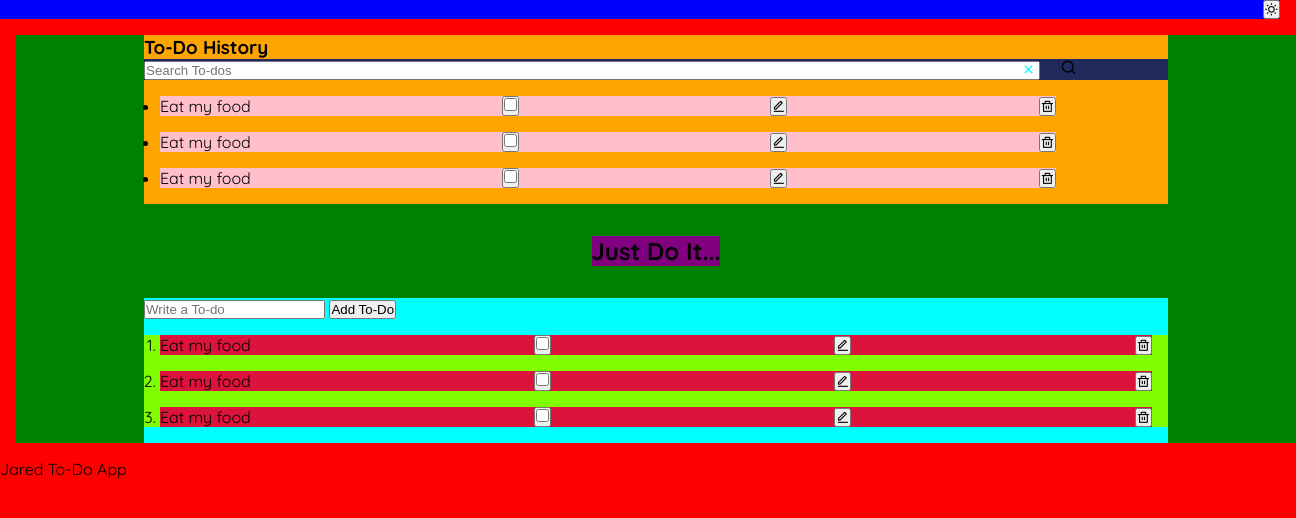
Repository: EguJaredoBoyd/Jared-ToDo-App
Page: main.html
The author's editor kept a copy of each file at every save. The page is drawn from the files as they stood at one save, then again after the next save.
The browser window is 1280 px wide. The page is 1296 px wide, then 1280 px, so the pictures cover 1296 px, including what lies to the right of the window. The pictures show the whole page.
Some web libraries are served in a nearby version.

Above is the page before, as saved 2025-12-23 21:09:07.
Not found: js/to-do.j

After the next save:
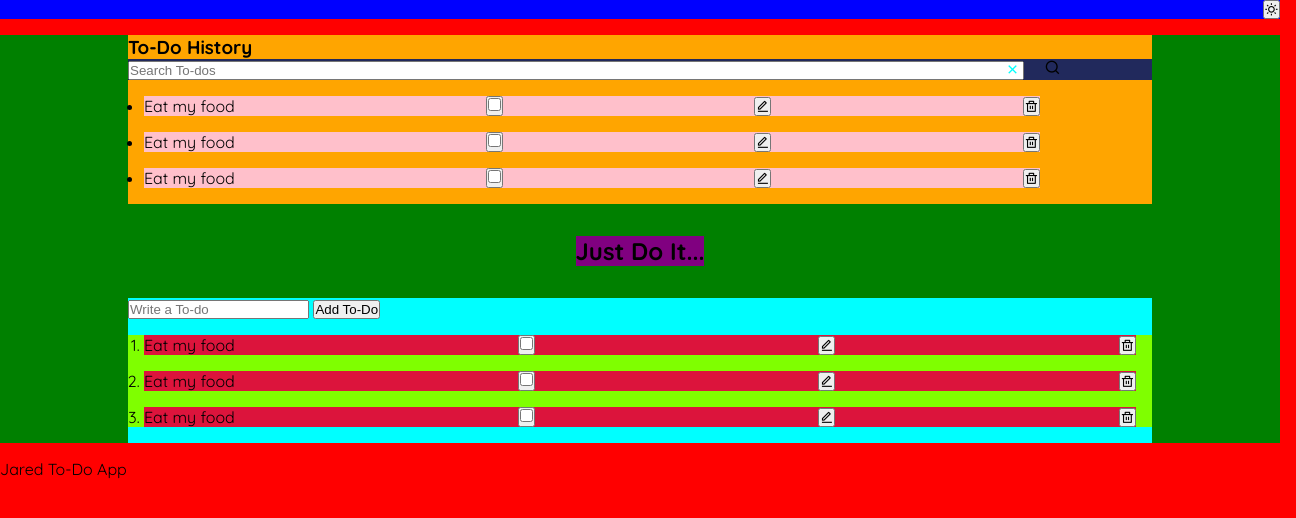
Saved 18 s later.
--- a/css/main.css
+++ b/css/main.css
@@ -42,7 +42,7 @@ main {
   align-items: center;
   background-color: green;
   gap: 2rem;
-  margin: 1rem;
+  margin: 1rem 0;
   width: 100vw;
   max-width: 100vw;
 }
